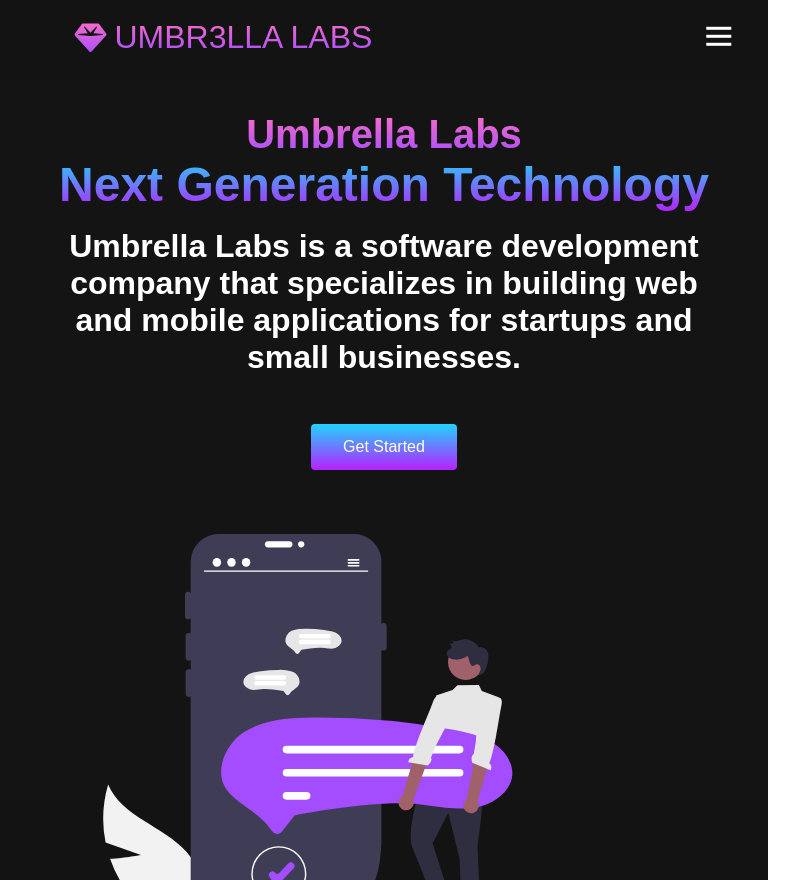
Repository: MikeeBuilds/umbr3lla
Page: index.html
An editor plug-in stored every save of this project. The page is shown before and after a run of saves, followed by the edit.
The browser window is 768 px wide. The page is 792 px wide, so the pictures cover 792 px, including what lies to the right of the window. The pictures show the whole page.
Some web fonts or font styles are not loaded; a fallback is used. Some web libraries are served in a nearby version.

Above is the page before, as saved 2023-05-27 19:58:21.

### index.html
<!DOCTYPE html>
<html lang="en">
  <head>
    <meta charset="UTF-8" />
    <meta http-equiv="X-UA-Compatible" content="IE=edge" />
    <meta name="viewport" content="width=device-width, initial-scale=1.0" />
    <title>Umbr3lla Labs</title>
    <link
      rel="stylesheet"
      href="https://cdnjs.cloudflare.com/ajax/libs/font-awesome/5.15.3/css/all.min.css"
    />

    <link rel="stylesheet" href="styles.css" />
    <script src="https://kit.fontawesome.com/f8f61e487a.js" crossorigin="anonymous"></script>
    <link rel="stylesheet" href="https://fonts.goggleapis.com/css2?family=Kumbh+Sans:wght@400;700&display=swap">
  </head>
  <body>
    <!-- Navbar Section -->
    <nav class="navbar">
      <div class="navbar__container">
        <a href="/" id="navbar__logo">

          <i class="fas fa-gem "></i>  UMBR3LLA LABS</a>
        <div class="navbar__toggle" id="mobile-menu">
          <span class="bar"></span>
          <span class="bar"></span>
          <span class="bar"></span>
        </div>

        <ul class="navbar__menu">
          <li class="navbar__item">
            <a href="/" class="navbar__links"> Home </a>
          </li>
          <li class="navbar__item">
            <a href="/tech.html" class="navbar__links"> Tech </a>
          </li>
          <li class="navbar__item">
            <a href="/" class="navbar__links"> Products </a>
          </li>
          <li class="navbar__btn">
            <a href="/" class="button"> Sign Up </a>
          </li>
        </ul>
      </div>
    </nav>

    <!-- Hero Section -->
    <div class="main">
        <div class="main__container">
            <div class="main__content">
                <h1>Umbrella Labs</h1>
                <h2>
                    Next Generation Technology
                </h2>
                <p>Umbrella Labs is a software development company that specializes in building web and mobile applications for startups and small businesses.</p>
                <button class="main__btn"><a href="/">Get Started</a></button>
            </div>
            <div class="main__img--container">
                <img src="images/pic1.svg" alt="pic" id="main__img">
        </div>
    </div>
    <script src="app.js"></script>
  </body>
</html>

### styles.css
* {
    box-sizing: border-box;
    margin: 0;
    padding: 0;
    font-family: 'Kumbh Sans', sans-serif;
}

.navbar {
    background: #131313;
    height: 80px;
    display: flex;
    justify-content: center;
    align-items: center;
    font-size: 1.2rem;
    position: sticky;
    top: 0;
    z-index: 999;
}

.navbar__container {
    display: flex;
    justify-content: space-between;
    height: 80px;
    z-index: 1;
    width: 100%;
    max-width: 1300px;
    margin: 0 auto;
    padding: 0 50px;
    max-width: 1100px;
}

#navbar__logo {
    background-color: #ff8177;
    background-image: linear-gradient(to top,  #a34dff, #ff6ec4);
    background-size: 100%;
    -webkit-background-clip: text;
    -moz-background-clip: text;
    -webkit-text-fill-color: transparent;
    -moz-text-fill-color: transparent;
    display: flex;
    align-items: center;
    cursor: pointer;
    text-decoration: none;
    font-size: 2rem;
}

.fa-gem {
    margin-right: 0.5rem;
}

.navbar__menu {
    display: flex;
    align-items: center;
    list-style: none;
    text-align: center;
}

.navbar__item {
    height: 80px;
}

.navbar__links {
    color: #fff;
    display: flex;
    align-items: center;
    text-decoration: none;
    padding: 0.5rem 1rem;
    height: 100%;
}

.navbar__btn {
    display: flex;
    align-items: center;
    justify-content: center;
    padding: 0 1rem;
    width: 100%;
    height: 100%;
    border: none;
    outline: none;
}

.button {
    border-radius: 4px;
    background: linear-gradient(135deg, #a34dff, #ff6ec4);
    padding: 10px 22px;
    color: #fff;
    font-size: 16px;
    outline: none;
    border: none;
    cursor: pointer;
    transition: all 0.2s ease-in-out;
    text-decoration: none;
}

.button:hover {
    transition: all 0.2s ease-in-out;
    background: linear-gradient(135deg, #ff6ec4, #a34dff);
    color: #fff;
}

.navbar__links:hover {
    color: #ff6ec4;
    transition: all 0.3s ease;
}



@media screen and (max-width: 960px) {
    .navbar__container {
        display: flex;
        justify-content: space-between;
        height: 80px;
        z-index: 1;
        width: 100%;
        max-width: 1300px;
        padding: 0 24px;
    }


    .navbar__menu {
        display: grid;
        grid-template-columns: auto;
        margin: 16px 0;
        width: 100%;
        position: absolute;
        top: -1000px;
        opacity: 0;
        transition: all 0.5s ease;
        height: 50vh;
        z-index: -1;
    }

    .navbar__menu.active {
        background: #131313;
        top: 100%;
        opacity: 1;
        transition: all 0.5s ease;
        z-index: 1;
        height: 50vh;
        font-size: 1.6rem;
    }

    #navbar__logo {
        display: flex;
        justify-content: start;
        position: absolute;
        top: 0;
        left: 0;
        transform: translate(25%, 50%);
    }

    .navbar__toggle .bar {
        width: 25px;
        height: 3px;
        margin: 5px auto;
        transition: all 0.3s ease-in-out;
        background: #fff;
    }

    .navbar__item {
        width: 100%;
    }

    .navbar__links {
        text-align: center;
        padding: 2rem;
        width: 100%;
        display: table;
    }

    #mobile-menu {
        position: absolute;
        top: 20%;
        right: 5%;
        transform: translate(5%, 20%);
    }

    .navbar__btn {
        padding: 2rem;
    }

    .button {
        display: flex;
        justify-content: center;
        align-items: center;
        width: 80%;
        height: 80px;
        margin: 0;
    }

    .navbar__toggle .bar {
        display: block;
        cursor: pointer;
    }

    #mobile-menu.is-active .bar:nth-child(2) {
        opacity: 0;
    }

    #mobile-menu.is-active .bar:nth-child(1) {
        transform: translateY(8px) rotate(45deg);
    }

    #mobile-menu.is-active .bar:nth-child(3) {
        transform: translateY(-8px) rotate(-45deg);
    }


}

/* Hero Section CSS */

.main {
    background: #131313;
    height: 100vh;
    max-height: 1100px;
    position: relative;
    overflow: hidden;
}

.main__container {
    display: grid;
    grid-template-columns: 1fr 1fr;
    justify-self: center;
    margin: 0 auto;
    height: 90vh;
    align-items: center;
    background-color: #141414;
    z-index: 1;
    width: 100%;
    max-width: 1300px;
    padding: 0 50px;
}

.main__content h1 {
    font-size: 4rem;
    background-color: #a34dff;
    background-image: linear-gradient(to top,  #a34dff, #ff6ec4);
    background-size: 100%;
    -webkit-background-clip: text;
    -moz-background-clip: text;
    -webkit-text-fill-color: transparent;
    -moz-text-fill-color: transparent;
}

.main__content h2 {
    font-size: 2rem;
    background-color: #a34dff;
    background-image: linear-gradient(to top,  #b721ff, #21d4fd);
    background-size: 100%;
    -webkit-background-clip: text;
    -moz-background-clip: text;
    -webkit-text-fill-color: transparent;
    -moz-text-fill-color: transparent;
}

.main__content p {
    margin: 1rem 0;
    font-size: 2rem;
    font-weight: 700;
    color: #fff;
}

.main__btn {
    font-size: 1rem;
    background-image: linear-gradient(to top, #b721ff 0%, #21d4fd 100%);
    padding: 14px 32px;
    border-radius: 4px;
    border: none;
    color: #fff;
    cursor: pointer;
    margin-top: 2rem;
    position: relative;
    transition: all 0.35s;
    outline: none;
}

.main__btn:hover {
    background-image: linear-gradient(to top, #21d4fd 0%, #b721ff 100%);
    transform: translateY(-2px);
    box-shadow: 0 10px 20px rgba(0, 0, 0, 0.2);
}

.main__btn a {
    position: relative;
    z-index: 2;
    color: #fff;
    text-decoration: none;
}

.main__btn::after {
    content: "";
    position: absolute;
    z-index: 1;
    top: 0;
    left: 0;
    width: 0%;
    height: 100%;
    background-image: linear-gradient(to top, #b721ff 0%, #21d4fd 100%);
    transition: all 0.35s;
    border-radius: 4px;
}

#main__img {
    height: 80%;
    width: 80%;
}

/* Mobile Responsive */

@media screen and (max-width: 768px) {
    .main__container {
        display: grid;
        grid-template-columns: auto;
        align-items: center;
        justify-self: center;
        margin: 0 auto;
        width: 100%;
        height: 90vh;
    }

    .main__content {
        margin-bottom: 4rem;
        text-align: center;
    }

    .main__content h1 {
        font-size: 2.5rem;
        margin-top: 2rem;
    }

    .main__content h2 {
        font-size: 3rem;
    }
}

### app.js
const menu = document.querySelector('#mobile-menu')
const menuLinks = document.querySelector('.navbar__menu')

menu.addEventListener('click', function() {
    menu.classList.toggle('is-active')
    menuLinks.classList.toggle('active')
})

After the next 2 saves:
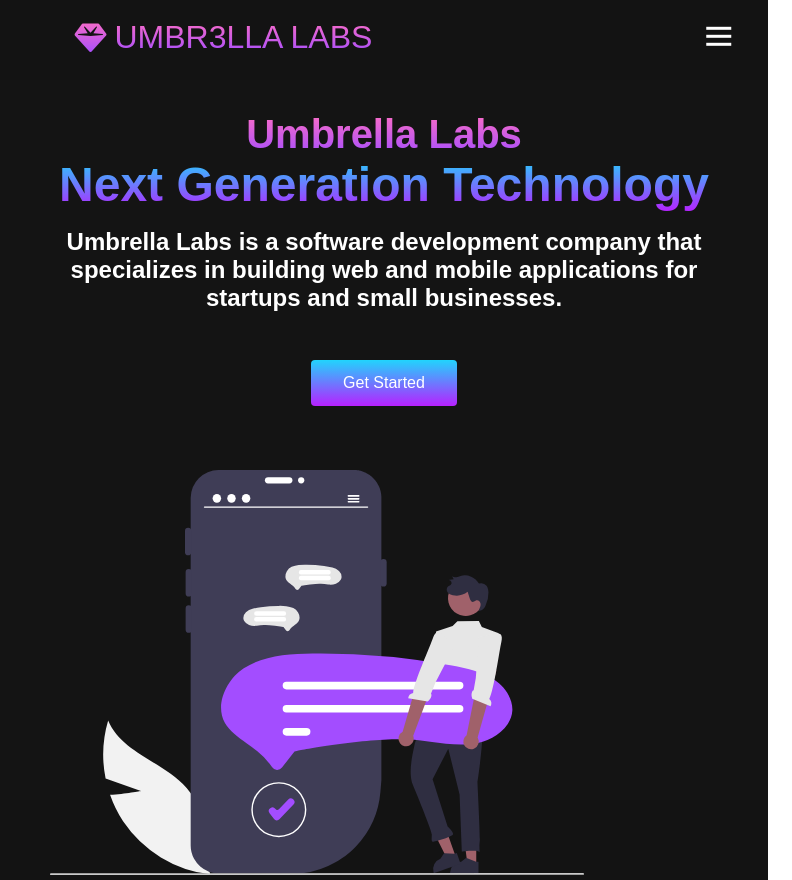
The 2 saves are shown as one change because they came seconds apart.
The last was saved 13 s later.
--- a/styles.css
+++ b/styles.css
@@ -332,4 +332,8 @@
     .main__content h2 {
         font-size: 3rem;
     }
-}
+
+    .main__content p {
+        font-size: 1.5rem;
+    }
+}

After the 4 saves that followed:
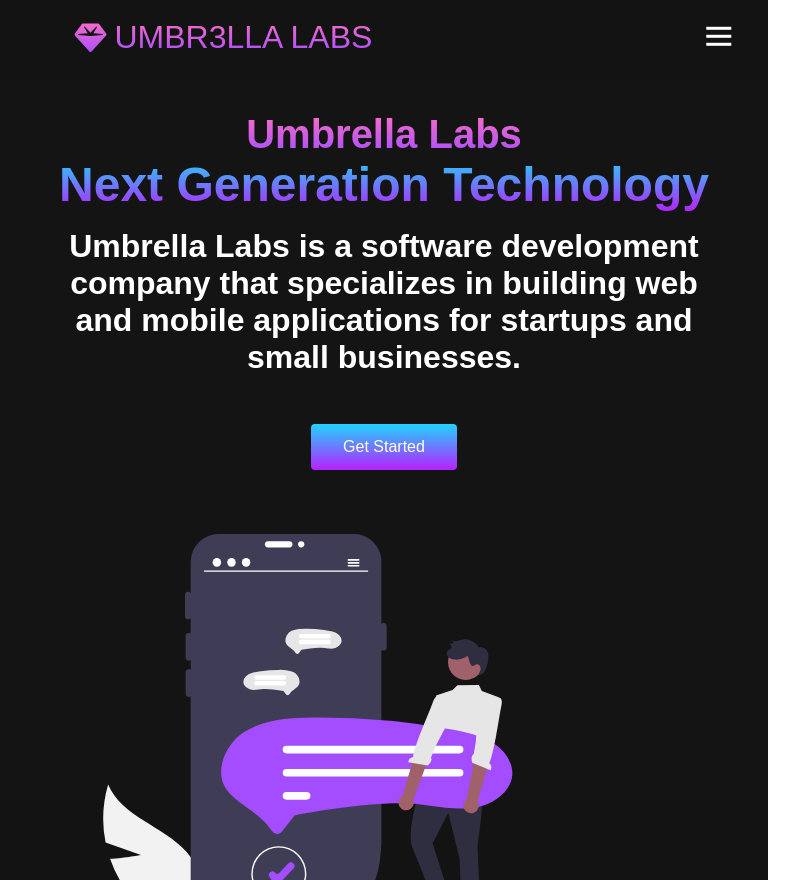
The 4 saves are shown as one change because they came seconds apart.
The last was saved 11 s later.
--- a/styles.css
+++ b/styles.css
@@ -334,6 +334,7 @@
     }
 
     .main__content p {
-        font-size: 1.5rem;
-    }
-}
+        margin-top: 1rem;
+        font-size: 1;
+    }
+}
